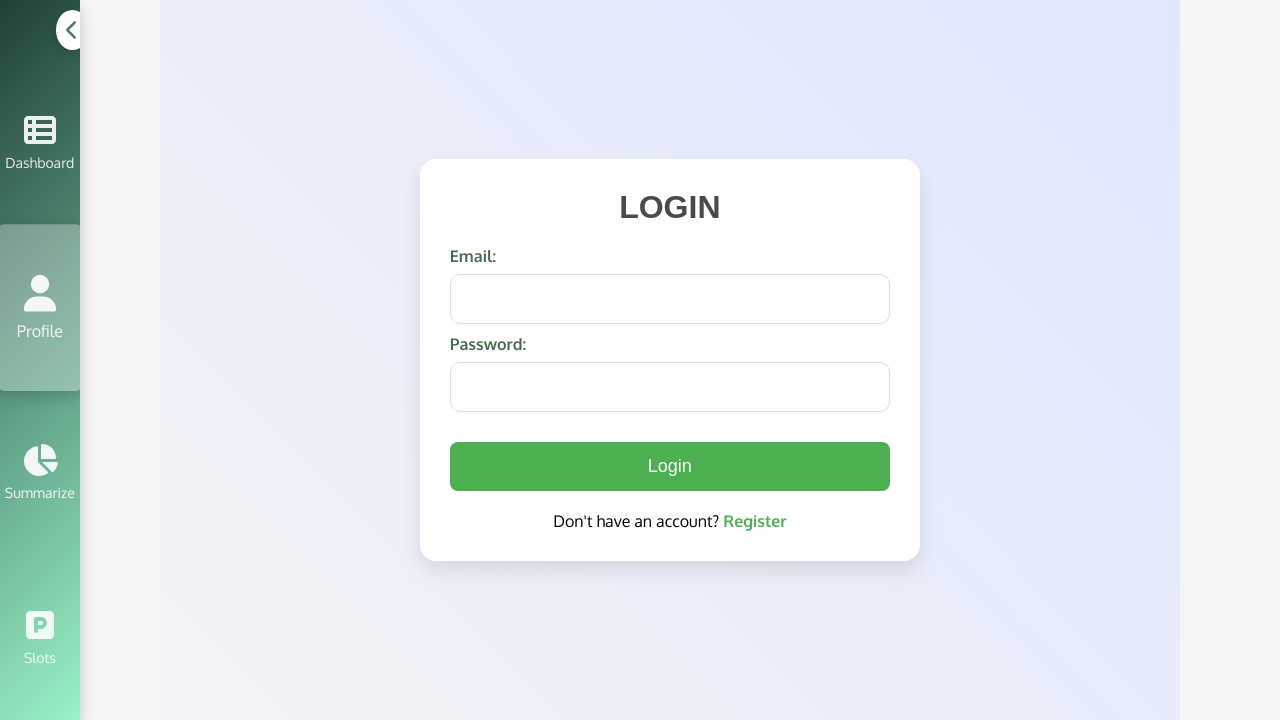
Repository: minhnhat2803/Thesis-Web-Mobile
Page: /slots (app in client/)
An editor plug-in stored every save of this project. The page is shown before and after a run of saves, followed by the edit.
The browser window is 1280 px wide. The pictures show the whole page.
The project was rebuilt for these pictures with package versions that can differ from the ones it lists, and the page was loaded fresh each time. Also part of the build but not shown: client/vite.config.js, client/src/styles/Header.module.css, client/src/components/Header.jsx, client/src/styles/pages/Dashboard.module.css, client/src/actions/index.js, client/src/components/Dashboard.jsx, client/src/styles/Table.module.css, client/src/components/Table.jsx and 3 more.

Above is the page before, as saved 2025-01-03 20:36:41.

After the next 2 saves:
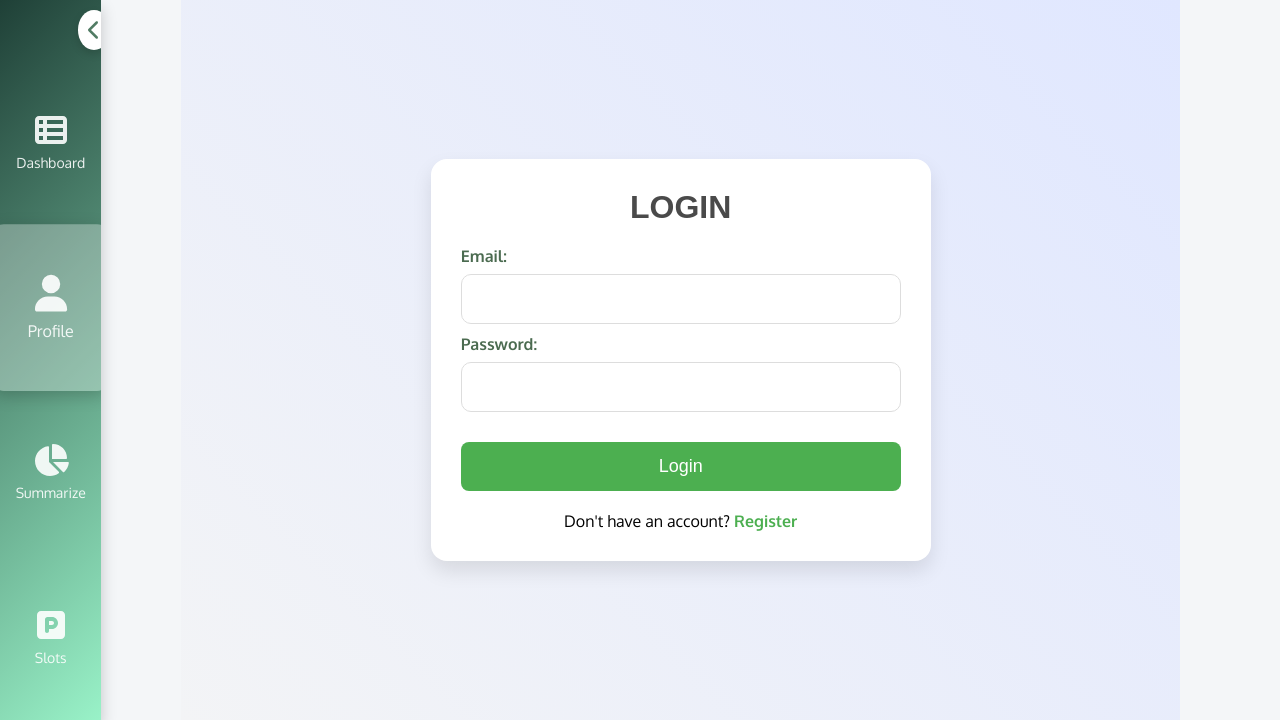
The 2 saves are shown as one change because they came seconds apart.
The last was saved 26 s later.
--- a/client/src/styles/TabBar.module.css
+++ b/client/src/styles/TabBar.module.css
@@ -1,5 +1,5 @@
 .tabBar-container {
-  width: 100px;
+  width: 130px;
   background: linear-gradient(135deg, #1f4037, #99f2c8);
   border-right: none;
   box-shadow: 0 8px 15px rgba(0, 0, 0, 0.2);
